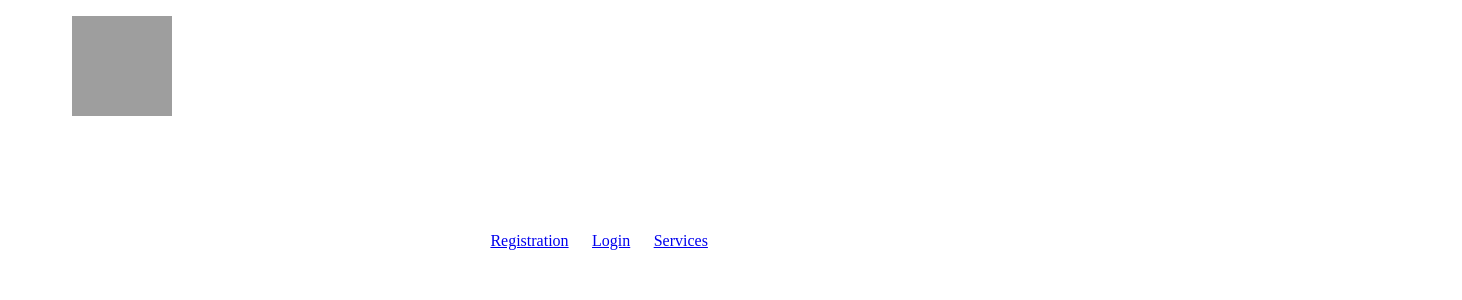
Repository: cb007/cbRepository
Page: http://localhost/SpringMvc/
The author's editor kept a copy of each file at every save. The page is drawn from the files as they stood at one save, then again after the next save.
The browser window is 1280 px wide. The page is 1462 px wide, then 1398 px, so the pictures cover 1462 px, including what lies to the right of the window. The pictures show the whole page.
Pictures or frames that could not be fetched are drawn as grey boxes. The page is served by Tomcat 9.

Above is the page before, as saved 2017-02-23 12:02:44.

After the next save:
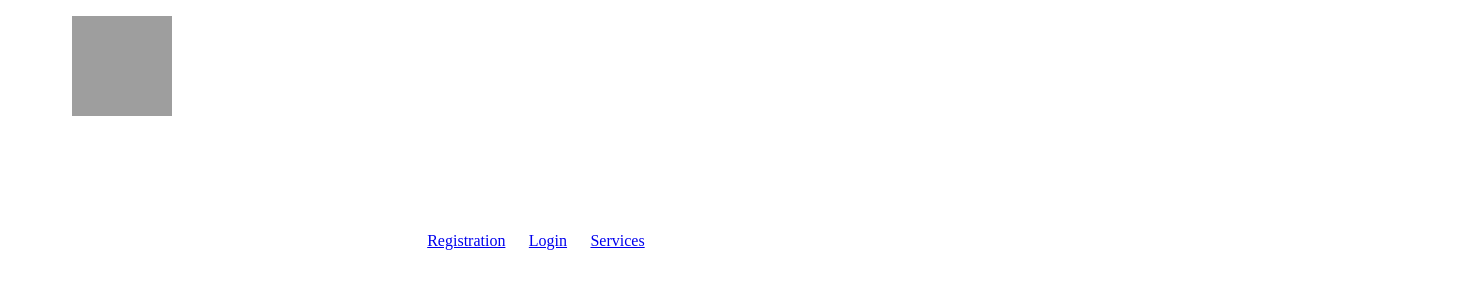
Saved 9 s later.
--- a/spring-hibernate/SpringMvc/WebContent/styles/main.css
+++ b/spring-hibernate/SpringMvc/WebContent/styles/main.css
@@ -27,7 +27,7 @@
 {
 	width:80%;
 	height:200px;
-	margin-left: 35%;
+	margin-left: 30%;
 }
 ul li
 {
